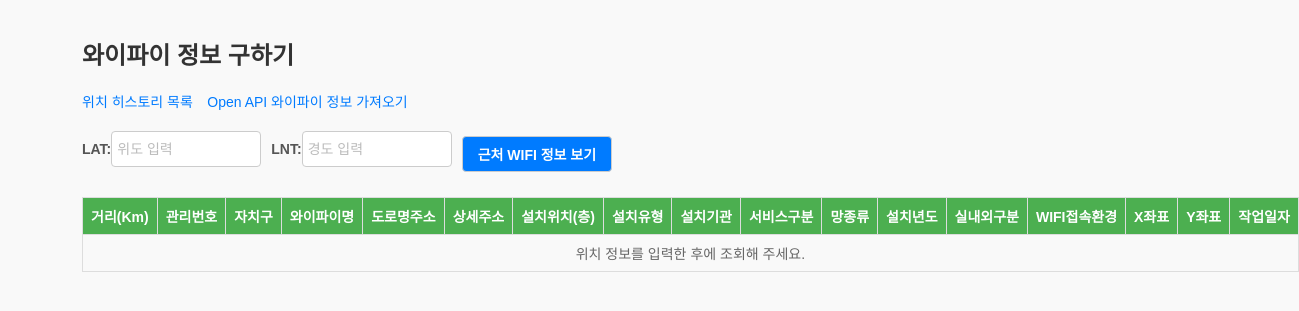
Repository: sangpyolee0/zerobase_task
Page: http://localhost/WifiProject/
These files come from the project's save history. The page is drawn as it stood at one moment and after the next save; the edit follows.
The browser window is 1280 px wide. The page is 1299 px wide, so the pictures cover 1299 px, including what lies to the right of the window. The pictures show the whole page.
The page is served by Tomcat 9.

Above is the page before, as saved 2024-12-08 16:32:46.

After the next save:
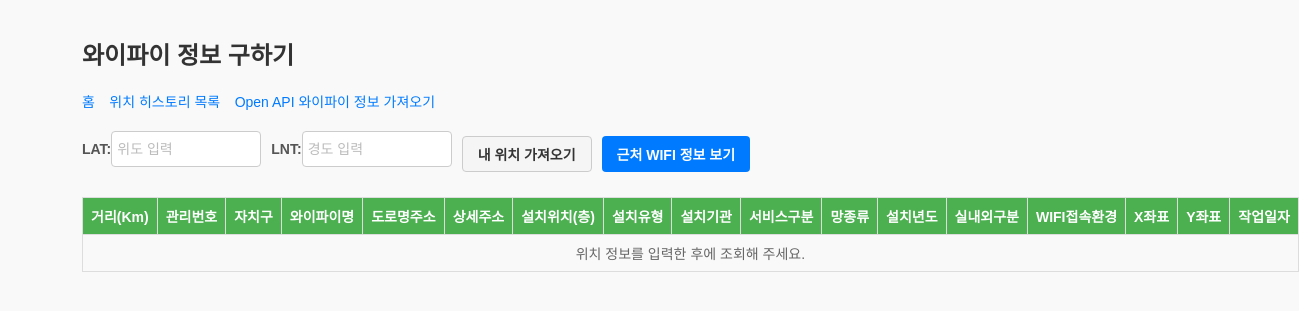
Saved 16 s later.
--- a/WifiProject/src/main/webapp/index.jsp
+++ b/WifiProject/src/main/webapp/index.jsp
@@ -10,12 +10,14 @@
     <div class="container">
         <h1>와이파이 정보 구하기</h1>
         <nav>
+            <a href="index.jsp">홈</a>
             <a href="history.jsp">위치 히스토리 목록</a>
             <a href="add-wifi.jsp">Open API 와이파이 정보 가져오기</a>
         </nav>
         <form action="nearby-wifi.jsp" method="get">
             <label>LAT: <input type="text" name="lat" placeholder="위도 입력"></label>
             <label>LNT: <input type="text" name="lnt" placeholder="경도 입력"></label>
+            <button type="button">내 위치 가져오기</button>
             <button type="submit">근처 WIFI 정보 보기</button>
         </form>
         <table>
